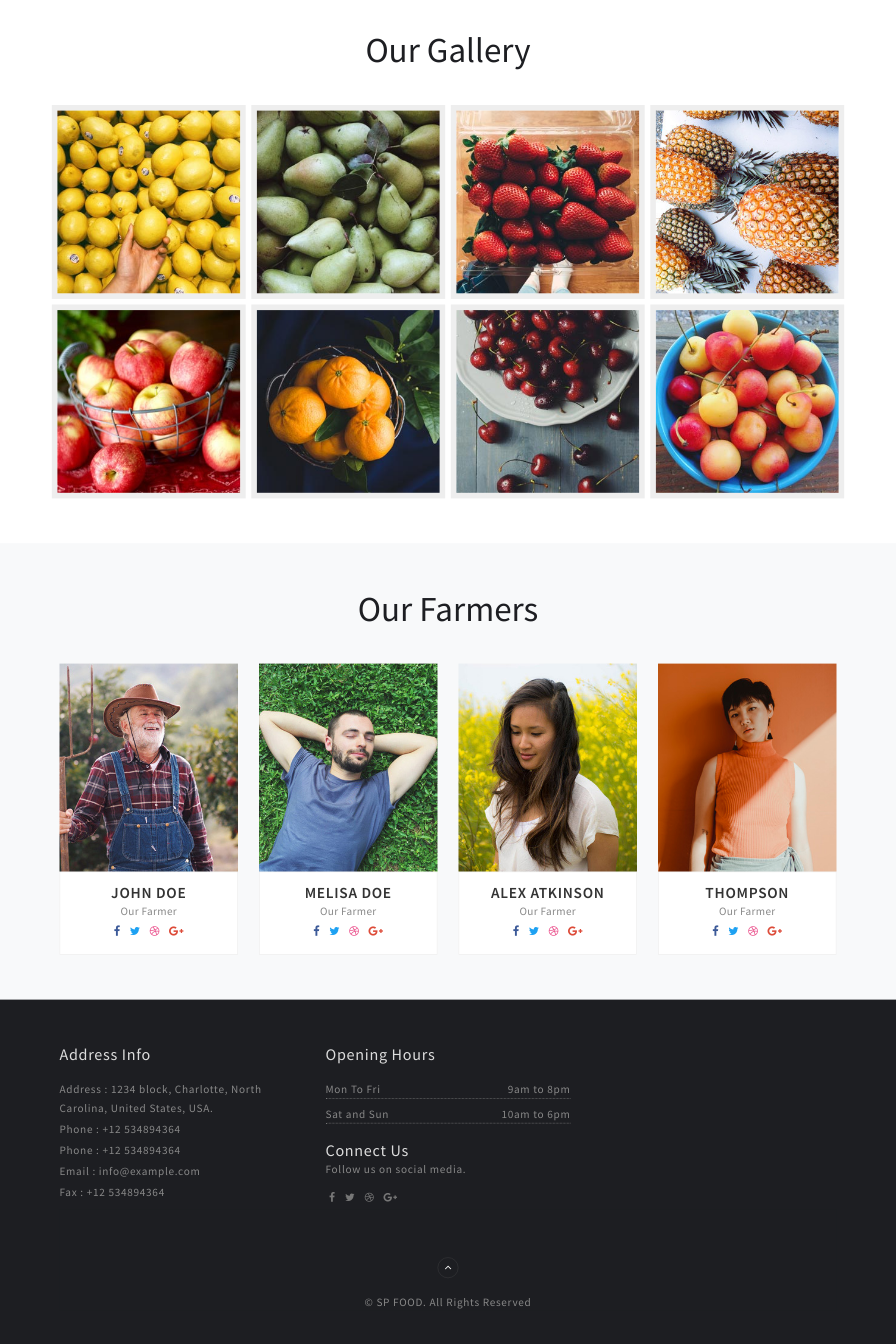
Repository: httpamit/SP-Food
Page: index.html
The author's editor kept a copy of each file at every save. The page is drawn from the files as they stood at one save, then again after the next save.
The browser window is 1280 px wide. The pictures show the part of the page from y = 2830 to 4750 px (the page is 4750 px tall), at 70% of full size.
Backgrounds fixed to the window are drawn as part of the page.

Above is the page before, as saved 2019-02-07 23:20:45.

After the next save:
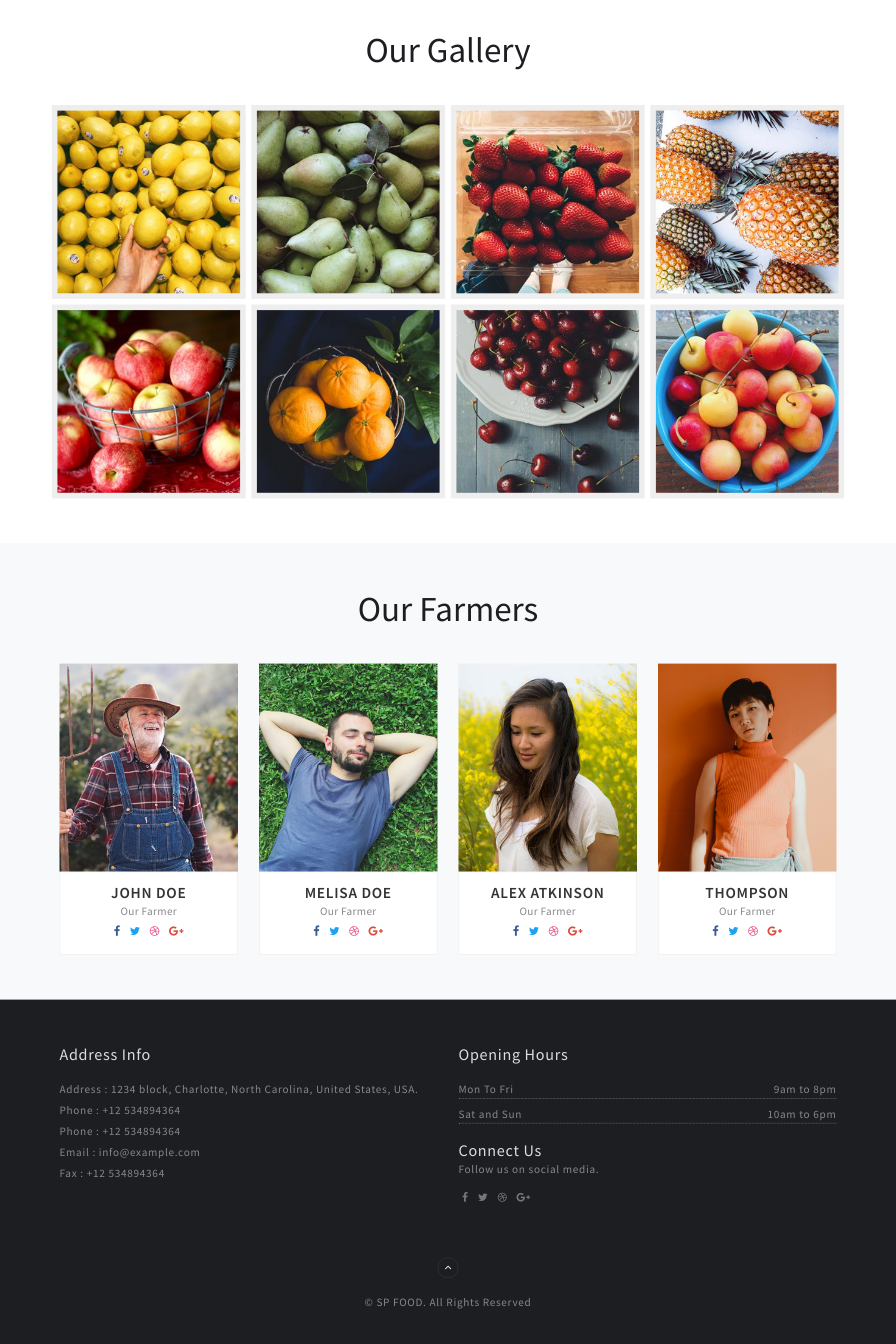
Saved 34 s later.
--- a/index.html
+++ b/index.html
@@ -436,7 +436,7 @@
 <footer class="py-5" id="contact">
 	<div class="container pt-md-3">
 		<div class="row ">
-		<div class="col-lg-4">
+		<div class="col-lg-6">
             <h3 class="mb-4">Address Info</h3>
 			<div class="footer-text">
 				<p>Address : 1234 block, Charlotte, North Carolina, United States, USA.</p>
@@ -446,7 +446,7 @@
 				<p>Fax : +12 534894364</p>
 			</div>
 		</div>
-		<div class="col-lg-4">
+		<div class="col-lg-6">
             <h3 class="mb-4">Opening Hours</h3>
 			<div class="timings">
 				<p class="mb-2">Mon To Fri<span> 9am to 8pm </span></p>
